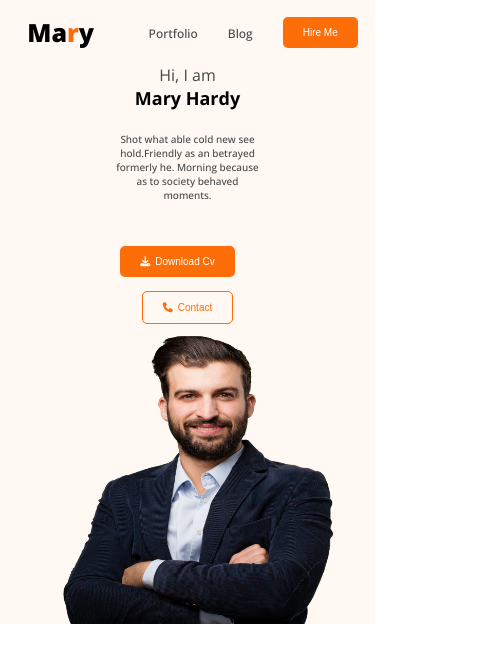
Repository: nahid-hasann/website-1
Page: index.html
The author's editor kept a copy of each file at every save. The page is drawn from the files as they stood at one save, then again after the next save.
The browser window is 375 px wide. The page is 480 px wide, so the pictures cover 480 px, including what lies to the right of the window. The pictures show the whole page.

Above is the page before, as saved 2025-07-16 12:38:30.

### index.html
<!DOCTYPE html>
<html lang="en">
<head>
    <meta charset="UTF-8">
    <meta name="viewport" content="width=device-width, initial-scale=1.0">
    <title>Document</title>
    <link rel="preconnect" href="https://fonts.googleapis.com">
<link rel="preconnect" href="https://fonts.gstatic.com" crossorigin>
<link href="https://fonts.googleapis.com/css2?family=Open+Sans:ital,wght@0,300..800;1,300..800&display=swap" rel="stylesheet">
<link rel="stylesheet" href="style.css">
<link rel="stylesheet" href="https://cdnjs.cloudflare.com/ajax/libs/font-awesome/6.7.2/css/all.min.css" integrity="sha512-Evv84Mr4kqVGRNSgIGL/F/aIDqQb7xQ2vcrdIwxfjThSH8CSR7PBEakCr51Ck+w+/U6swU2Im1vVX0SVk9ABhg==" crossorigin="anonymous" referrerpolicy="no-referrer" />
<link rel="shortcut icon" href="images/icons/icons8-portfolio-50.png" type="image/x-icon">
</head>
<body class="open-sans-nahid">

<header class="main-header">
    <nav class="header">
          <div>
            <h3 class="nav-title">Ma<span style="color: #fd6e09;">r</span>y</h3>
          </div>
          <div class="menu">
            <ul>
            <li><a href="" class="dark-2" >Portfolio</a></li>
            <li><a  class="dark-2" href="">Blog</a></li>
            <li><button class="hire-me">Hire Me</button></li>
          </ul>
          </div>
    </nav>

    <div class="banner">

      <div class="banner-container">
        <h4 class="dark-2 hi-i-am">Hi, I  am</h4>
        <h1  class="mary-hardy" >Mary Hardy</h1>
        <br>
        <p class="banner-description dark-2">
          Shot what able cold new see hold.Friendly as an betrayed formerly he. Morning because as to society behaved moments.
        </p>
        <br>
        <br>
        <button class="hire-me" style="margin-right: 20px;"><i class="fa-solid fa-download" style="margin-right: 5px;"></i>Download Cv</button>
        <button class="btn-2"><i class="fa-solid fa-phone" style="margin-right: 5px;"></i>Contact</button>
      </div>
      <img class="banner-img" src="images/hardy.png" alt="">

    </div>

</header>

<main >

  <section class="section hide">
      <h3 class="section-title">About Me</h3>
      <p style="font-size: 18px; color: grey; margin-top: 30px;">I, m a designer & developer with a passion for web design. I enjoy developing simple, clean and slick websites that provide real value to the end user. Thousands of clients have procured exceptional resulfs while working with me. Delivering work within time and budget which meets clients requirements in our mata.</p>

      <div class="about-items">

    <div class="about-item">
      <p class="item-title ektubeshi">Name:</p>
      <p class="item-description">Mary Hardy</p>
    </div>
    <div class="about-item">
      <p class="item-title">Email:</p>
      <p class="item-description">info@gmail.com</p>
    </div>
    <div class="about-item">
      <p class="item-title">Date of birth:</p>
      <p class="item-description">11 November 1987</p>
    </div>
    <div class="about-item">
      <p class="item-title">From:</p>
      <p class="item-description">Los Angeles, USA</p>
    </div>

  </div>

  </section>

  <section class="skiill hide">
            <h3 class="section-title">What I do</h3>
            <p class="section-des">I have more than 10 years experience building software for clients all over the world. Below is a quick overview of my main technical skill sets and technologies i use. Want to find out more about my experience? Check out my online resume and project portfolio.</p>

         <div class="skills-container">

          <div class="skkis-veriation">
            <img src="images/icons/js.png" alt="" class="skiils-img">
            <p class="skills-heading">Vanilla JavaScript</p>
            <p class="skiils-description"> List skill/technologies here. You can change the icon above to any of the 1500+ FontAwesome 5 free icons available. Aenean commodo ligula eget dolor.</p>
          </div>
          <div class="skkis-veriation">
            <img src="images/icons/react.png" alt="" class="skiils-img">
            <p class="skills-heading">React</p>
            <p class="skiils-description">List skill/technologies here. You can change the icon above to any of the 1500+ FontAwesome 5 free icons available. Aenean commodo ligula eget dolor.</p>
          </div>
          <div class="skkis-veriation">
            <img src="images/icons/nodejs.png" alt="" class="skiils-img">
            <p class="skills-heading">Node.js</p>
            <p class="skiils-description">List skill/technologies here. You can change the icon above to any of the 1500+ FontAwesome 5 free icons available. Aenean commodo ligula eget dolor.</p>
          </div>
          <div class="skkis-veriation">
            <img src="images/icons/mongo.png" alt="" class="skiils-img">
            <p class="skills-heading">MongoDB</p>
            <p class="skiils-description">List skill/technologies here. You can change the icon above to any of the 1500+ FontAwesome 5 free icons available. Aenean commodo ligula eget dolor.</p>
          </div>

         </div>

  </section>

  <section class="hide">

<div class="container-m">
    <h2>A Summary of My Resume</h2>
    <div class="grid">
      <div class="section-m">
        <h3>My Education</h3>
        <div class="item-m">
          <h4>Master in Computer Engineering</h4>
          <span>Harvard University / 2015 - 2017</span>
          <p>Specialized in advanced algorithms and software engineering principle.</p>
        </div>
        <hr>
        <br>
        <div class="item-m">
          <h4>Bachelor in Computer Science</h4>
          <span>MIT / 2011 - 2015</span>
          <p>Focused on data structures, programming, and system design.</p>
        </div>
        <hr>
        <br>
        <div class="item-m">
          <h4>Bachelor in Computer Science</h4>
          <span>MIT / 2011 - 2015</span>
          <p>Focused on data structures, programming, and system design.</p>
        </div>

      </div>
      <div class="section-m">
        <h3>My Experience</h3>
        <div class="item-m">
          <h4>Sr. Front End Developer</h4>
          <span>Apple Inc / 2020 - Current</span>
          <p>Developing scalable web apps using React and modern JavaScript.</p>
        </div>
    <hr>
        <br>
        <div class="item-m">
          <h4>Jr. Front End Developer</h4>
          <span>Dribbble Inc / 2018 - 2022</span>
          <p>Worked on UI components and improved user experience for design.</p>
        </div>
        <hr>
    <br>
        <div class="item-m">
          <h4>HTML Developer</h4>
          <span>Adobe Inc / 2017 - 2018</span>
          <p>Built static and dynamic pages ensuring responsive design.</p>
        </div>
      </div>
    </div>
  </div>

  <button class="hire-me" style="margin: 20px auto; display: block;"><i class="fa-solid fa-download" style="margin-right: 5px;"></i>Download Cv</button>

  </section>

</main>

<!-- .about-items*4>p.item-title+p.item-description  -->


<footer class="hide">

     <div class="main-footer">

     <div class="footer-column">
        <h3 class="section-title">Lets Connect</h3>
        <p style="font-size: 18px; color: grey; margin: 20px 0px;">Please fill out the form on this section to contact with me or call between 9:00 A.M and 8.00 P.M ET, Monday through Friday.</p>
        <img src="images/icons/facebook.png" alt="">
        <img style="margin: 0px 20px;" src="images/icons/twitter.png" alt="">
        <img src="images/icons/insta.png" alt="">
     </div>

     <div class="footer-column">

        <h3 class="section-title" style=" margin-bottom: 30px;">Lets Connect</h3>
        <form class="form" action="">
            <input type="text" name="" placeholder="Your Name" id=""> <br>
            <input type="email" name="" placeholder="Yoour Email" id=""> <br>
            <textarea name="" placeholder="Message" id=""></textarea> <br>
            <button class="hire-me" >Submit</button>
        </form>

     </div>

</div>

</footer>


</body>
</html>

### style.css
* {
  margin: 0;
  padding: 0;
  box-sizing: border-box;
}


.open-sans-nahid {
  font-family: "Open Sans", sans-serif;
  font-optical-sizing: auto;
  font-style: normal;
  font-variation-settings: "wdth" 100;
  font-weight: 500;
}

.main-header{
    background-image: url('images/developer.png'), url('images/header_bg.png') ;
    background-repeat: no-repeat;
    background-position: 60px  28px, bottom right ;
    background-color: #fff8f3;
}



.header{
    display: flex;
    justify-content: space-around;
    gap: 250px;
    align-items: center;
    /* background-color: red; */
    padding: 15px 0px;
}

.nav-title{
    font-weight: 800;
    font-size: 45px;
}

.menu ul{
    display: flex;
    gap: 30px;
    align-items: center;
}

.menu ul li{
    list-style: none;

}

.menu ul li a{
    text-decoration: none;
    font-size: 20px;
}

.hire-me{
    background-color: #fd6e09;
    padding: 10px;
    border-radius: 5px;
    color: white;
    border: none;
    font-size: 20px;
}

.btn-2{
    padding: 10px;
    border-radius: 5px;
    color: #fd6e09;
    border: 1px solid  #fd6e09;
    font-size: 20px;
    background-color: #fff8f3;
}

.dark-2{
    color: #474747;
}

.banner-container{
    width: 585px;
}

.hi-i-am{
    font-size: 45px; font-weight: 400;
}

.mary-hardy{
    font-size: 85px;
}

.banner-description{
    font-size: 18px;
}

.banner-img{
    width: 584px;
    height: 676px;
}

.banner{
    display: flex;
    align-items: center;
    justify-content: space-around;
    margin: 50px 0px 0px 170px;

}

.section{
    background-color: #fff8f3;
    padding: 150px;
    text-align: center;
    border-radius: 10px;
    margin: 130px 0px;
}

.section-title{
    font-size: 35px;
    font-weight: bold;
    color: #181818;
}

main{
    max-width: 1140px;
     margin: 0px auto;
}

.about-items{
    display: flex;
    justify-content: space-between;
}

.item-title{
    font-size: 18px;
    font-weight: 300;
    color: grey;
    margin-top: 30px;
}

.item-description{
    font-size: 18px ;
    font-weight: 700;
}

.skiill{
    text-align: center;
    margin-bottom: 130px;
}

.skills-container{
    display: flex;
    margin-top: 30px;
    gap: 30px;
    text-align: justify;
}

.skkis-veriation{
    background-color: #FFFFFF;
    box-shadow: 0px 6px 50px 0px rgba(0, 0, 0, 0.06);
padding: 30px;
border-radius: 5px;
margin-top: 20px;
}

.section-des{
    font-size: 18px;
    color: grey;
    margin-top: 30px;
     width: 909px;
     margin: 0px auto;
      margin-top: 30px;
}

.skills-heading{
    margin: 15px 0px;
    font-size: 20px ;
    font-weight: 700px;
}

.skiils-description{
     font-size: 16px;
     color: grey;
}

.resume{
    margin-bottom: 130px;
}

.resume-container{
    display: flex;
    gap: 40px;
    margin-top: 50px;
}

.resume h3{
    margin-bottom: 100px;
}

.resume-column h3{
    font-size: 30px ;
    font-weight: 700;
    margin-bottom: 20px;
}

.resume-column-title{
    font-size: 30px;
    font-weight: 700;
}

.experience{
    padding-right: 50px;
}

.experience-title{
        font-size: 25px;
    font-weight: 700;
    margin-bottom: 5px;
}

.experience-subtitle{
    font-size: 20px;
    font-weight: 600;

    color: rgba(117, 117, 117, 1);
}

.experince-description{
    margin-top: 20px;
    margin-bottom: 20px;
    font-size: 16px;
    color: rgba(117, 117, 117, 1);
}


.main-footer{
    margin-top: 130px;
    background-color: rgba(255, 248, 243, 1);
    padding: 50px 100px;
    display: flex;
    justify-content: space-around;
    align-items: center;
}

.footer-column{
    max-width: 40%;
}

.form input{
      display: block;
      padding: 12px 20px;
      width: 441px;
      font-size: 16px;
      border: none;
      border-radius: 5px;
}

.form textarea{
     width: 441px;
     font-size: 16px;
     border: none;
      border-radius: 5px;
      display: block;
      padding: 15px 20px;
      height: 180px;
}


.container-m{
  margin: auto;
  background: #fff;
  padding: 40px;
}

h2 {
  text-align: center;
  margin-bottom: 40px;
  font-size: 28px;
  margin-bottom: 50px;
}

.grid {
  display: grid;
  grid-template-columns: 1fr 1fr;
  gap: 30px;
}

.section-m h3 {
  margin-bottom: 20px;
  color: #ff6600;
  font-size: 20px;
}

.item-m {
  margin-bottom: 25px;
}

.item-m h4 {
  margin: 0 0 5px;
  font-size: 18px;
  color: #222;
}

.item-m span {
  display: block;
  color: #777;
  font-size: 14px;
  margin-bottom: 8px;
}

.item-m p {
  margin: 0;
  font-size: 14px;
  color: #555;
}

.hide{
    display: none;
}

@media screen and (max-width: 575px) {
    .section-title{
        font-size: 30px;
    }

    .section-des{
        font-size: 14px;
        max-width: 400px;
        min-width: 100px;
        padding: 0 10px;
    }

    .skills-container{
        flex-direction: column;
    }

    .skkis-veriation{
        margin: 0 20px;
        display: flex;
        flex-direction: column;
        align-items: center;
        justify-content: center;
        text-align: center;
    }

    .grid{
        grid-template-columns: 1fr;
    }

    .section-m h3{
        text-align: center;
    }

    .item-m{
        display: flex;
        flex-direction: column;
        align-items: center;
        justify-content: center;
    }

    .main-footer{
        flex-direction: column;
        padding: 20px 10px;
        margin-top: 70px;
    }

    .footer-column{
        max-width: 100%;
        text-align: center;
    }

    .form input{
max-width: 100%;
    }

    .form textarea{
        max-width: 100%;
    }

    .hire-me{
        font-size: 10px;
        padding: 10px 20px;
    }

    .btn-2{
        font-size: 10px;
        padding: 10px 20px;
        margin-top: 14px;
    }

    .section{
        padding: 50px 10px;
        margin: 70px 0;
    }

    .about-items{
        flex-direction: column;
    }

    .item-title{
        margin-top: 20px;
    }

    .ektubeshi{
        margin-top: 50px;
    }

.banner{
    margin: 0;
    flex-direction: column;
    align-items: center;
    justify-content: center;
}

.banner-container{
    padding: 0 20px;
    display: flex;
    flex-direction: column;
    justify-content: center;
    align-items: center;
}

.banner-img{
    max-width: 300px;
    max-height: 300px;

}

.main-header{
    background-image: none ;
}

.nav-title{
    font-size: 25px;
    margin-left: 10px;
}

.menu ul li a{
    font-size: 12px;
}

.header{
    gap: 20px;
}

.hi-i-am{
    font-size: 16px;
}

.mary-hardy{
    font-size: 18px;

}

.banner-description{
    font-size: 10px;
    width: 150px;
    text-align: center;

}

}

After the next save:
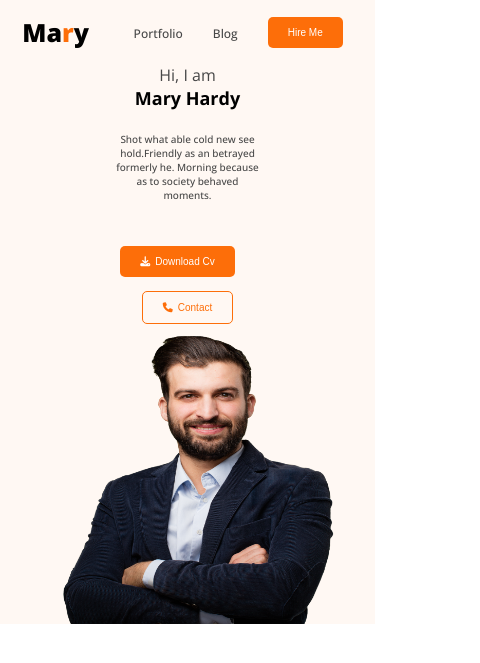
Saved 53 s later.
--- a/style.css
+++ b/style.css
@@ -376,6 +376,7 @@
     .hire-me{
         font-size: 10px;
         padding: 10px 20px;
+        margin-right: 20px;
     }
 
     .btn-2{

After the save that followed:
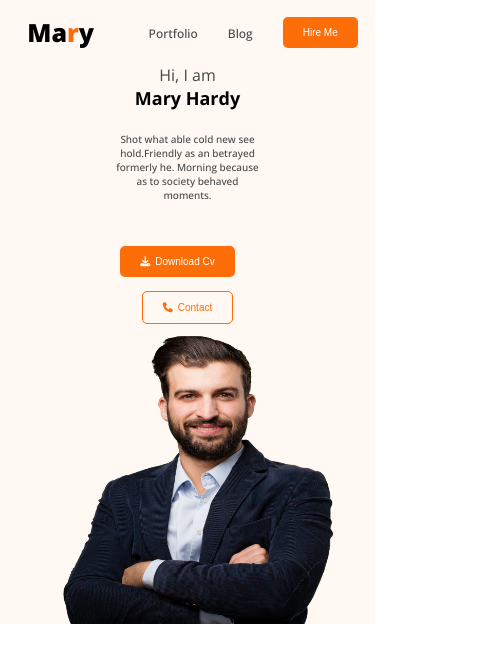
Saved 4 s later.
--- a/style.css
+++ b/style.css
@@ -376,7 +376,7 @@
     .hire-me{
         font-size: 10px;
         padding: 10px 20px;
-        margin-right: 20px;
+        margin-right: 0px;
     }
 
     .btn-2{
